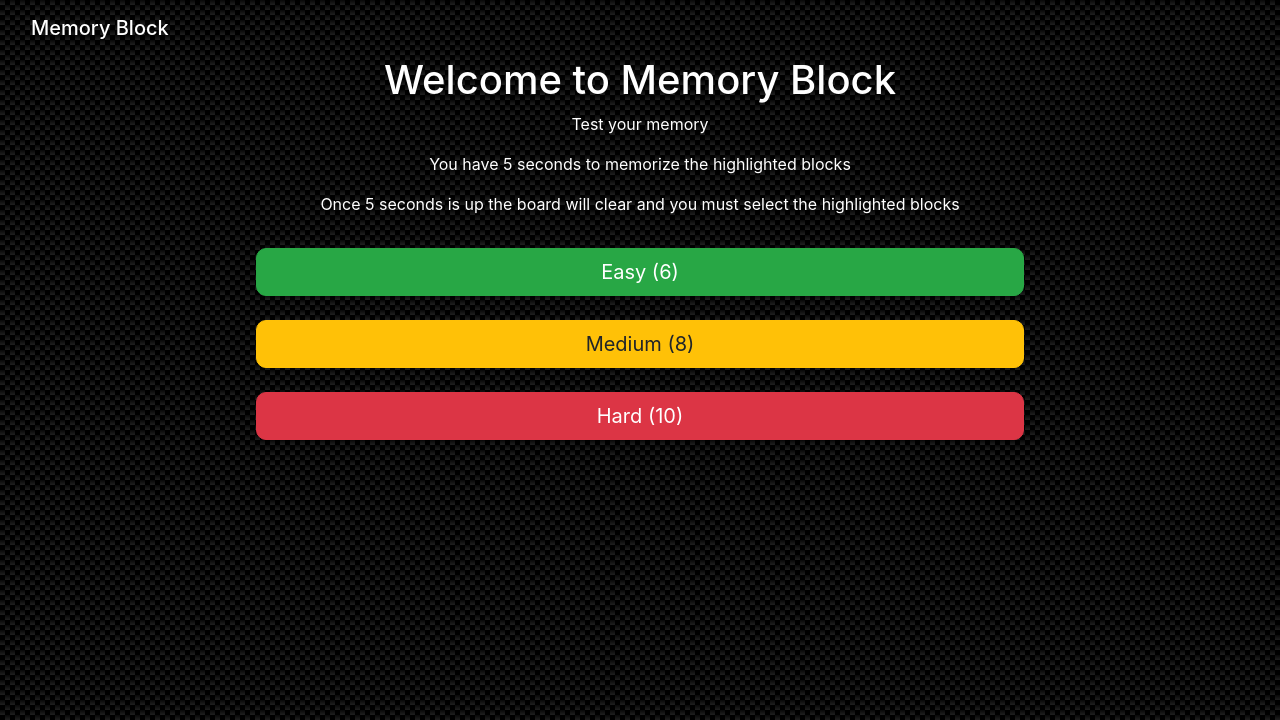
Repository: chrisrees85/memory-block
Page: index.html
The author's editor kept a record of every edit. The page is drawn from the files as they stood at one moment, then again after the next edit.
The browser window is 1280 px wide. The pictures show the whole page.

Above is the page before.
Console error: TypeError: Cannot set properties of null (setting 'innerHTML')

### index.html
<!DOCTYPE html>
<html lang="en">

<head>
    <meta charset="UTF-8">
    <meta name="viewport" content="width=device-width, initial-scale=1.0">
    <meta http-equiv="X-UA-Compatible" content="ie=edge">
    <title>Memory Block</title>
    <link rel="stylesheet" href="https://stackpath.bootstrapcdn.com/bootstrap/4.3.1/css/bootstrap.min.css" integrity="sha384-ggOyR0iXCbMQv3Xipma34MD+dH/1fQ784/j6cY/iJTQUOhcWr7x9JvoRxT2MZw1T" crossorigin="anonymous">
    <link rel="stylesheet" href="assets/css/style.css" type="text/css" />
</head>

<body>
    <div class="container-fluid">
        <nav class="navbar navbar-dark bg-dark nav-color">
            <span class="navbar-brand mb-0 h1">Memory Block</span>
        </nav>


        <div class="row">
            <div class="col">
                <h1 class="center">Welcome to Memory Block</h1>
            </div>
        </div>
        <div class="row">
            <div class="col">
                <p class="center">Test your memory</p>
                <p class="center">You have 5 seconds to memorize the highlighted blocks</p>
                <p class="center">Once 5 seconds is up the board will clear and you must select the highlighted blocks</p>
            </div>
        </div>
        <div class="row">
            <div class="col">
                <p class="center"></p>
            </div>
        </div>

        <div class="row">
            <div class="col">
                <a href="easy.html" class="btn btn-success btn-lg btn-block center-btn" id="easy-btn">Easy (6)</a>
            </div>
        </div>
        </br>
        <div class="row">
            <div class="col">
                <a href="medium.html" class="btn btn-warning btn-lg btn-block center-btn" id="medium-btn">Medium (8)</a>
            </div>
        </div>
        </br>
        <div class="row">
            <div class="col">
                <a href="hard.html" class="btn btn-danger btn-lg btn-block center-btn" id="hard-btn">Hard (10)</a>
            </div>
        </div>
    </div>

    <script src="https://code.jquery.com/jquery-3.3.1.slim.min.js" integrity="sha384-q8i/X+965DzO0rT7abK41JStQIAqVgRVzpbzo5smXKp4YfRvH+8abtTE1Pi6jizo" crossorigin="anonymous"></script>
    <script src="https://cdnjs.cloudflare.com/ajax/libs/popper.js/1.14.7/umd/popper.min.js" integrity="sha384-UO2eT0CpHqdSJQ6hJty5KVphtPhzWj9WO1clHTMGa3JDZwrnQq4sF86dIHNDz0W1" crossorigin="anonymous"></script>
    <script src="https://stackpath.bootstrapcdn.com/bootstrap/4.3.1/js/bootstrap.min.js" integrity="sha384-JjSmVgyd0p3pXB1rRibZUAYoIIy6OrQ6VrjIEaFf/nJGzIxFDsf4x0xIM+B07jRM" crossorigin="anonymous"></script>
    <script type="text/javascript" src="assets/js/scripts.js"></script>
</body>

</html>

### assets/css/style.css
* {
  padding: 0;
  margin: 0;
  box-sizing: border-box;
}

body {
  background-color: rgb(32, 32, 32);
  background-image: linear-gradient(45deg, black 25%, transparent 25%, transparent 75%, black 75%, black), linear-gradient(45deg, black 25%, transparent 25%, transparent 75%, black 75%, black), linear-gradient(to bottom, rgb(8, 8, 8), rgb(32, 32, 32));
  background-size: 10px 10px, 10px 10px, 10px 5px;
  background-position: 0px 0px, 5px 5px, 0px 0px;
}

h1, p{
  color:white;
}

.navbar-dark{
  background-color: rgba(0,0,0,0)!important;
}

.center {
  text-align: center;
}

.btn-lg{
  width:60vw;
  margin:auto;
  border-radius: 10px;
}

.board {
  width: 80vw;
  height:calc(72vh + 18px);
  margin: auto;
  border:5px solid white;
}

.tiles {
  background-color: rgba(255,255,255,0.5);
  height: 18vh;
  border-radius: 10px;
  margin: 1px;
}

.btn-right {
  margin-right: 10vw;
  float: right;
}

#btn,
#play-btn {
  width: 27vw;
  border-radius: 10px;
  background-color: white;
  color:black;
}

.blue{
  background-color: blue;
  transform: rotateY(-0deg);
  transition: transform 0.5s;
}

.green {
  background-color: green;
  transform: rotateY(180deg);
  transition: transform 0.5s;
}

.modal-dialog {
  padding-top: 200px;
}

### assets/js/scripts.js
let blocks = Array.from(document.querySelectorAll('.block'));
let buttonDiv = document.getElementById('btn');
let blocksLength = blocks.length;
let score = 0;

// First function of the play button

function startButton() {
    buttonDiv.innerHTML = '<button type="button" class="btn btn-primary btn-lg" id="play-btn" onclick="onClick();">Start</button>';
}
startButton();

// Function performs when first button function is pressed

function onClick() {
    // Renders the button inactive so the user can't keep calling onClick function
    buttonDiv.innerHTML = '<button type="button" class="btn btn-primary btn-lg" id="play-btn">Start</button>';

    // Countdown timer shown in the button text
    // Once time is up the buttons function changes to check users attempt
    let timeleft = 5;
    let countdownTimer = setInterval(function() {
        buttonDiv.innerHTML = '<button type="button" class="btn btn-primary btn-lg" id="play-btn"></button>';
        document.getElementById('play-btn').textContent = timeleft;
        timeleft -= 1;
        if (timeleft < 0) {
            clearInterval(countdownTimer);
            buttonDiv.innerHTML = '<button type="button" class="btn btn-primary btn-lg" id="play-btn" onclick="checkAttempt();" data-toggle="modal" data-target="#exampleModal">Check</button>';
        }
    }, 1000);

    // Shuffles the blocks array into a random order
    let i = blocksLength,
        rand, temp;
    while (--i > 0) {
        rand = Math.floor(Math.random() * (i + 1));
        temp = blocks[rand];
        blocks[rand] = blocks[i];
        blocks[i] = temp;
    }

    // Selects half of the shuffled array and adds the color class
    let bottomHalfblocks = blocks.slice(blocksLength / 2, blocksLength);
    bottomHalfblocks.forEach(function(i) {
        i.classList.replace('blue', 'green');
    });

    // Replaces the color class with an unused class after 6 seconds
    function clearBoard() {
        bottomHalfblocks.map(function(i) {
            i.classList.replace('green', 'blue');
            i.classList.add('marker')
        });
    }
    setTimeout(clearBoard, 6000);
    console.log(blocks);

    // Activates the users ability to click and change the block color 6 seconds after the start button is pressed
    function allowUserClick() {
        blocks.forEach(function(i) {
            i.addEventListener('click', tileClicked);
        });

        function tileClicked() {
            this.classList.toggle('green');
            this.classList.toggle('blue');
        }
    }
    setTimeout(allowUserClick, 6000);
}

let modalBtn1 = document.getElementById('modal-btn1');
let modalBtn2 = document.getElementById('modal-btn2');
// Function checks the users answers on clicking the check button and displays a modal
function checkAttempt() {

    // Loops through the blocks array and increments 1 to the score if a condition is true
    function checkClasses() {
        blocks.forEach(function(it) {
            if ((it.classList.contains('marker')) && (it.classList.contains('green'))) {
                score++;
            }
            else if ((it.classList.contains('green')) && !(it.classList.contains('marker'))) {
                score = blocksLength;
            }
        });
    }
    checkClasses();

    // Modal either gives a yes or no answer as to whether the user has succeeded
    if (score == blocksLength / 2) {
        document.getElementById('modal-head').textContent = ('CONGRATULATIONS!');
        document.getElementById('modal-text').textContent = ('You did it! why not do it again');
        modalBtn1.innerHTML = '<button type="button" class="btn btn-primary" onclick="location.reload();">New Game</button>';
        modalBtn2.innerHTML = '';
    }
    else {
        document.getElementById('modal-head').textContent = ('SORRY NOT THIS TIME!');
        document.getElementById('modal-text').textContent = ('See why and try again');
        modalBtn1.innerHTML = '<button type="button" class="btn btn-primary" data-dismiss="modal" onclick="reveal();">Reveal</button>';
        modalBtn2.innerHTML = '<button type="button" class="btn btn-primary" data-dismiss="modal" onclick="retry();">Try Again</button>';
    }
    // resets the score to 0 to keep the users attempt accurate
    score = 0;
}

function retry() {
    blocks.forEach(function(it) {
        if (it.classList.contains('green')) {
            it.classList.replace('green', 'blue');
        }
    });
}

// Replaces green class with blue class
function reveal() {
    buttonDiv.innerHTML = '<button type="button" class="btn btn-primary btn-lg" id="play-btn" onclick="location.reload();">New Game</button>';
    blocks.forEach(function(it) {
        if ((it.classList.contains('green')) && !(it.classList.contains('marker'))) {
            it.classList.replace('green', 'blue');
        }
        else if (!(it.classList.contains('green')) && (it.classList.contains('marker'))) {
            it.classList.replace('blue', 'green');
        }
    });
}

After the next edit:
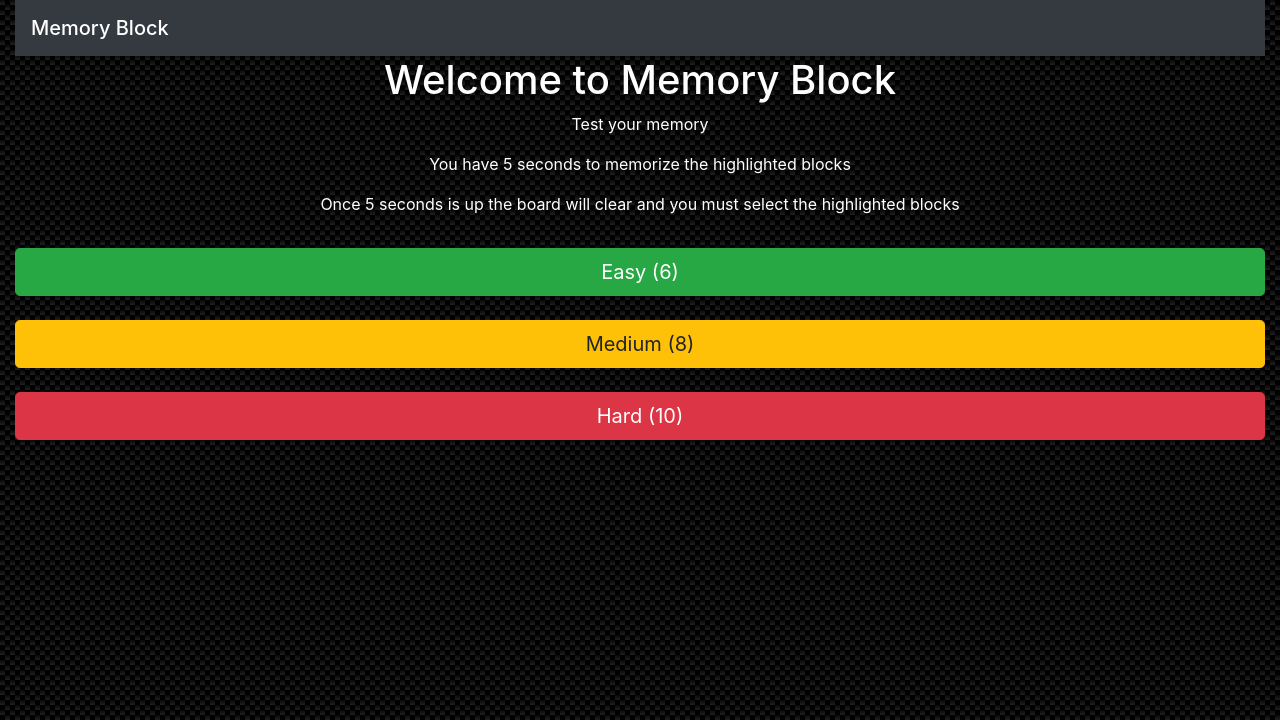
The edit:
--- a/index.html
+++ b/index.html
@@ -6,8 +6,8 @@
     <meta name="viewport" content="width=device-width, initial-scale=1.0">
     <meta http-equiv="X-UA-Compatible" content="ie=edge">
     <title>Memory Block</title>
+    <link rel="stylesheet" href="assets/css/style.css" type="text/css" />
     <link rel="stylesheet" href="https://stackpath.bootstrapcdn.com/bootstrap/4.3.1/css/bootstrap.min.css" integrity="sha384-ggOyR0iXCbMQv3Xipma34MD+dH/1fQ784/j6cY/iJTQUOhcWr7x9JvoRxT2MZw1T" crossorigin="anonymous">
-    <link rel="stylesheet" href="assets/css/style.css" type="text/css" />
 </head>
 
 <body>

After the 2 edits that followed:
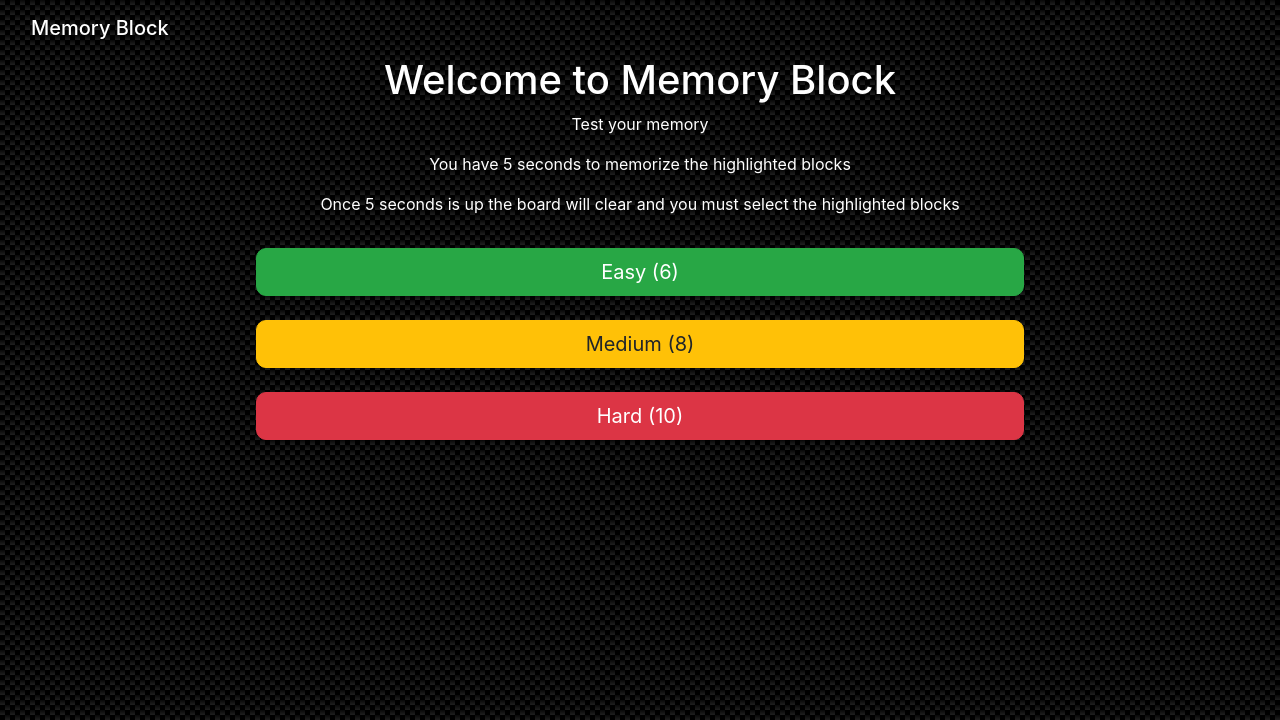
The 2 edits are shown as one change because 1 left the picture as it was.
The edit:
--- a/index.html
+++ b/index.html
@@ -6,13 +6,13 @@
     <meta name="viewport" content="width=device-width, initial-scale=1.0">
     <meta http-equiv="X-UA-Compatible" content="ie=edge">
     <title>Memory Block</title>
+    <link rel="stylesheet" href="https://stackpath.bootstrapcdn.com/bootstrap/4.3.1/css/bootstrap.min.css" integrity="sha384-ggOyR0iXCbMQv3Xipma34MD+dH/1fQ784/j6cY/iJTQUOhcWr7x9JvoRxT2MZw1T" crossorigin="anonymous">
     <link rel="stylesheet" href="assets/css/style.css" type="text/css" />
-    <link rel="stylesheet" href="https://stackpath.bootstrapcdn.com/bootstrap/4.3.1/css/bootstrap.min.css" integrity="sha384-ggOyR0iXCbMQv3Xipma34MD+dH/1fQ784/j6cY/iJTQUOhcWr7x9JvoRxT2MZw1T" crossorigin="anonymous">
 </head>
 
 <body>
     <div class="container-fluid">
-        <nav class="navbar navbar-dark bg-dark nav-color">
+        <nav class="navbar navbar-dark bg-dark">
             <span class="navbar-brand mb-0 h1">Memory Block</span>
         </nav>
 
